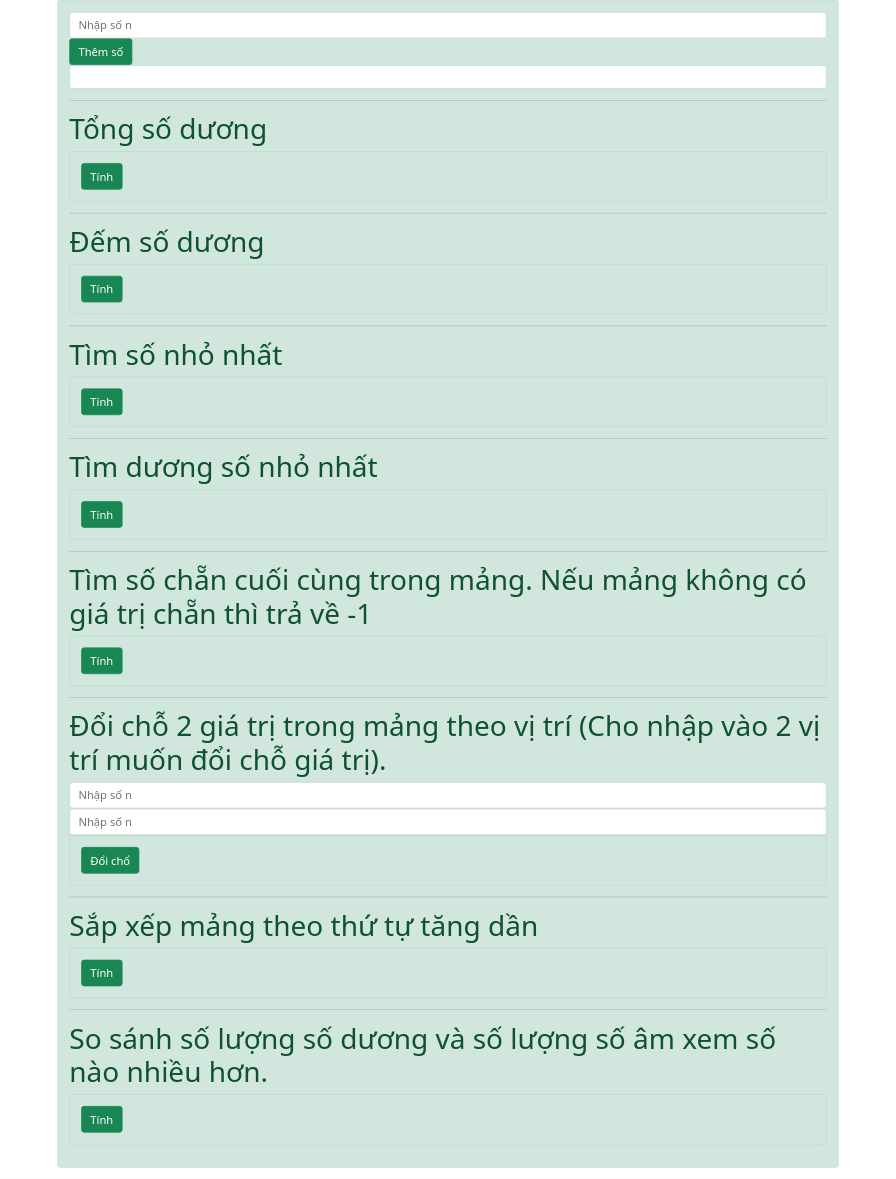
Repository: qkhanh1104k/Js-buoi7-8
Page: index.html
These files come from the project's save history. The page is drawn as it stood at one moment and after the next save; the edit follows.
The browser window is 1280 px wide. The pictures show the whole page, at 70% of full size.

Above is the page before, as saved 2022-07-26 23:22:06.

After the next save:
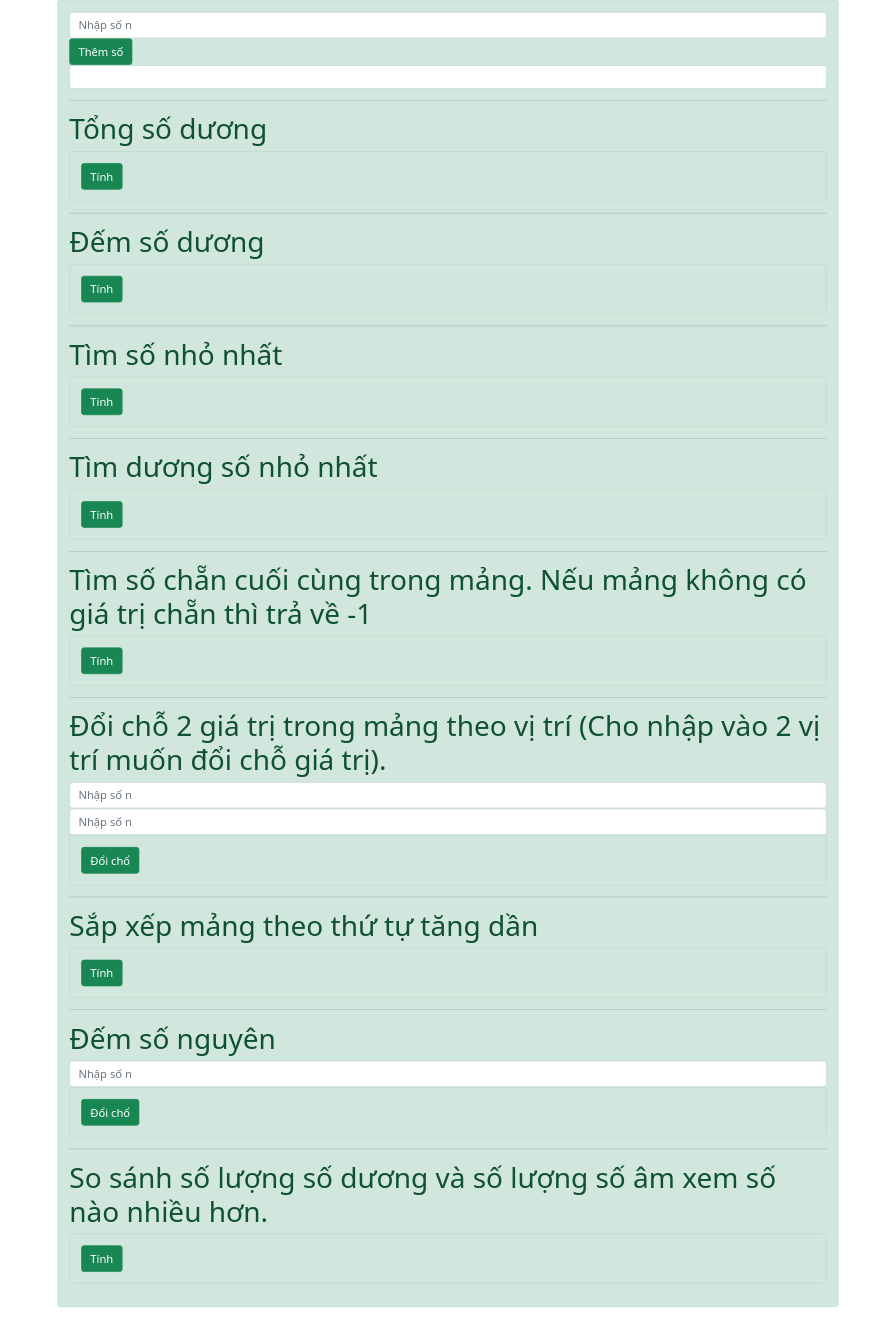
Saved 7 min 22 s later.
--- a/index.html
+++ b/index.html
@@ -106,7 +106,26 @@
             <div class="alert alert-success" id="resBt8">
               <button class="btn btn-success" onclick="rangeMoveUp()">Tính</button>
             </div>
-          </div> <hr>
+          </div>
+          <hr>
+          <h1>
+          Đếm số nguyên
+          </h1>
+          <div>
+            <input
+              type="text"
+              placeholder="Nhập số n"
+              id="txtNumBt9"
+              class="form-control"
+            />
+            <div class="alert alert-success" id="resBt10">
+              <button class="btn btn-success" onclick="swappedNum()">
+                Đổi chổ
+              </button>
+              <div style="background-color:#fff ;"></div>
+            </div>
+          </div>
+          <hr>
           <h1> So sánh số lượng số dương và số lượng số âm xem số nào nhiều hơn.</h1>
           <div>
             <div class="alert alert-success" id="resBt11">
